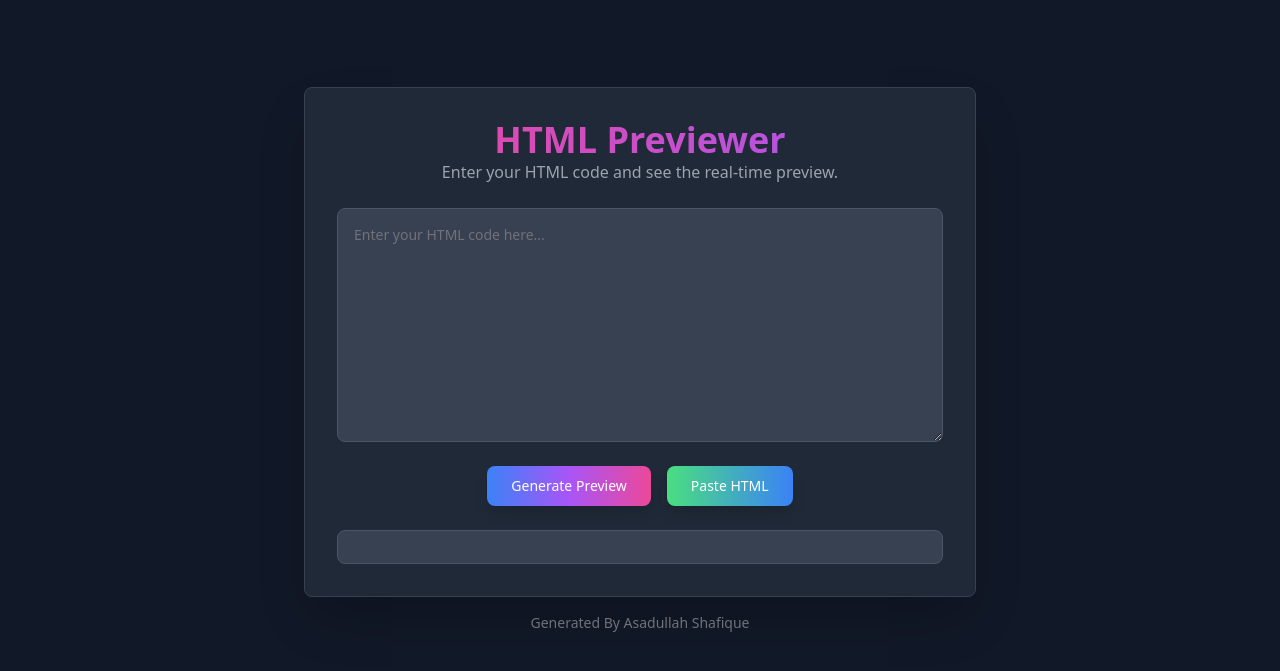
Repository: asadullah48/13_html_previewer_app
Page: /
These files come from the project's save history. The page is drawn as it stood at one moment and after a run of saves; the edit follows.
The browser window is 1280 px wide. The pictures show the whole page.
The project was rebuilt for these pictures with package versions that can differ from the ones it lists, and the page was loaded fresh each time. The framework's server and built-in components were replaced by stand-ins that run in the browser. Also part of the build but not shown: next.config.mjs, components/predefinedHtml.ts.

Above is the page before, as saved 2024-10-20 12:06:33.

After the next 2 saves:
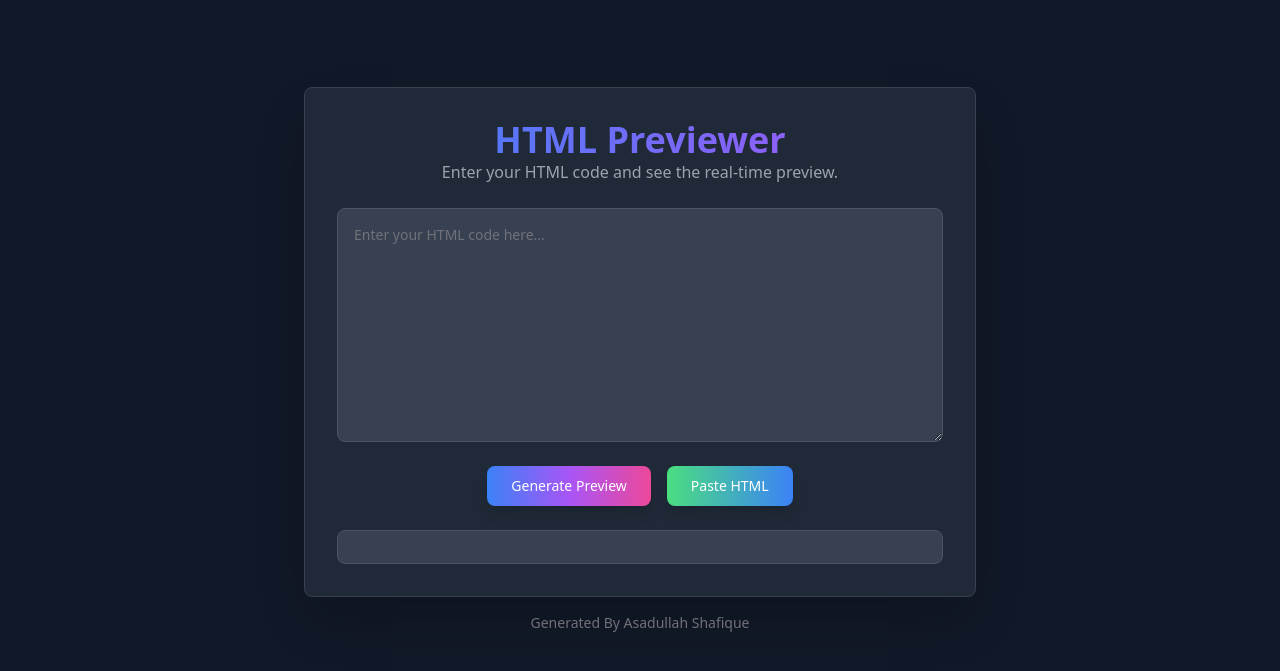
The 2 saves are shown as one change because they came seconds apart.
The last was saved 99 s later.
--- a/components/html-previewer.tsx
+++ b/components/html-previewer.tsx
@@ -29,7 +29,7 @@ export default function HTMLPreviewComponent() {
     <div className="flex flex-col items-center justify-center min-h-screen bg-gray-900 text-white">
       {/* HTML Previewer Card */}
       <div className="w-full max-w-2xl p-8 rounded-lg shadow-2xl bg-gray-800 border border-gray-700 transition-all hover:border-blue-500 hover:shadow-blue-500/50">
-        <h1 className="text-4xl font-extrabold text-center text-gradient bg-gradient-to-r from-pink-500 to-purple-500 text-transparent bg-clip-text">
+        <h1 className="text-4xl font-extrabold text-center text-gradient bg-gradient-to-r from-blue-500 to-purple-500 text-transparent bg-clip-text">
           HTML Previewer
         </h1>
         <p className="text-gray-400 mb-6 text-center">
